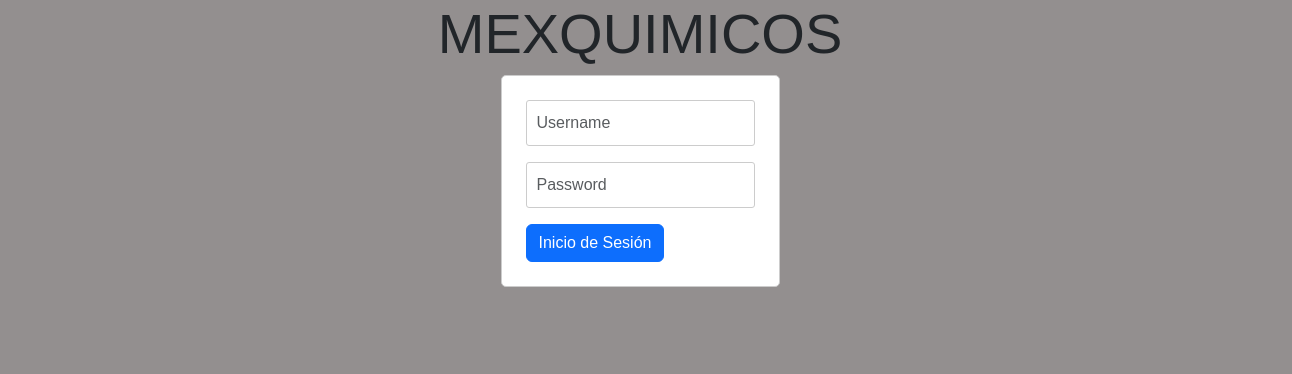
Repository: iDiv3r/MexiQuimicosIsay
Page: Index.html
An editor plug-in stored every save of this project. The page is shown before and after the next save, followed by the edit.
The browser window is 1280 px wide. The page is 1292 px wide, then 1280 px, so the pictures cover 1292 px, including what lies to the right of the window. The pictures show the whole page.

Above is the page before, as saved 2023-11-25 00:12:47.

### Index.html
<!DOCTYPE html>
<html lang="es">
<head>
  <meta charset="UTF-8">
  <title>MEXIQUIMICO</title>
  <link rel="stylesheet" href="https://cdn.jsdelivr.net/npm/bootstrap@5.3.0/dist/css/bootstrap.min.css">
  <style>
    body {
      background-color: #6f6a6abe;
      font-family: Arial, sans-serif;
    }

    h1 {
      text-align: center;
      color: #a98c8c;
    }

    form {
      max-width: 300px;
      margin: 0 auto;
      padding: 20px;
      background-color: #fff;
      border: 1px solid #ccc;
      border-radius: 5px;
    }

    input[type="text"],
    input[type="password"] {
      width: 100%;
      padding: 10px;
      margin-bottom: 10px;
      border: 1px solid #ccc;
      border-radius: 3px;
    }

    input[type="submit"] {
      width: 100%;
      padding: 10px;
      background-color: #333;
      color: #fff;
      border: none;
      border-radius: 3px;
      cursor: pointer;
    }

    input[type="submit"]:hover {
      background-color: #555;
    }
  </style> <!-- Aquí se corrigió el cierre del bloque de estilos -->
</head>
<body>
  <h1 class="display-4 text-align-absolute text-dark">MEXQUIMICOS</h1>

  <div class=" width: 133px; height: 33px; background: #D9D9D9; border-radius: 12px">
    <div class="row justify-content-md-center">
      <div class="col-md-auto fixed">
  <form class="p-4">
    <div class="mb-3">
      <input type="text" class="form-control" placeholder="Username" required>
    </div>
    <div class="mb-3">
      <input type="password" class="form-control" placeholder="Password" required>
    </div>
    <button type="submit" class="btn btn-primary">Inicio de Sesión</button>
  </form></div></div>
</div>
</body>
</html>

After the next save:
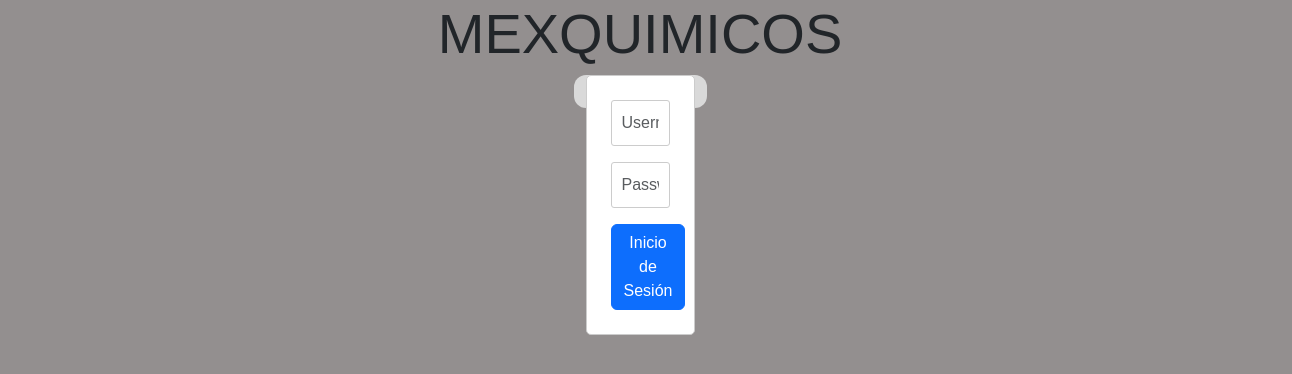
Saved 15 s later.
--- a/Index.html
+++ b/Index.html
@@ -51,7 +51,7 @@
 <body>
   <h1 class="display-4 text-align-absolute text-dark">MEXQUIMICOS</h1>
 
-  <div class=" width: 133px; height: 33px; background: #D9D9D9; border-radius: 12px">
+  <div class="container text-center " style="width: 133px; height: 33px; background: #D9D9D9; border-radius: 12px">
     <div class="row justify-content-md-center">
       <div class="col-md-auto fixed">
   <form class="p-4">
